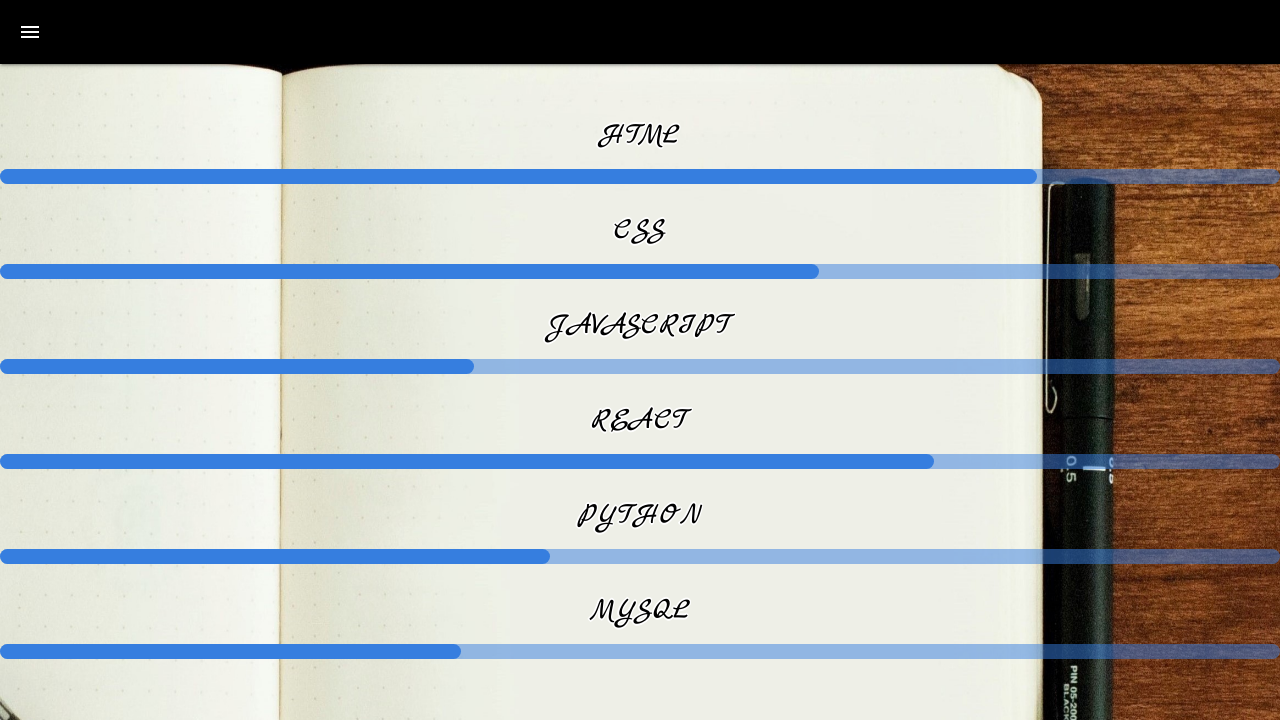
Repository: Ajtheult/portfolio.v3
Page: /skills
These files come from the project's save history. The page is drawn as it stood at one moment and after the next save; the edit follows.
The browser window is 1280 px wide. The pictures show the whole page.
Some web fonts or font styles are not loaded; a fallback is used. The project was rebuilt for these pictures with package versions that can differ from the ones it lists, and the page was loaded fresh each time. Also part of the build but not shown: src/components/layout/pages/Home.js, src/components/layout/pages/MyWork.js, src/components/layout/pages/Testimonials.js.

Above is the page before, as saved 2020-07-19 21:56:17.

### public/index.html
<!DOCTYPE html>
<html lang="en">
  <head>
    <meta charset="utf-8" />
    <link rel="icon" href="%PUBLIC_URL%/favicon.ico" />
    <meta name="viewport" content="width=device-width, initial-scale=1" />
    <meta name="theme-color" content="#000000" />
    <meta
      name="description"
      content="Web site created using create-react-app"
    />

    <link rel="manifest" href="%PUBLIC_URL%/manifest.json" />
    <link
      href="https://fonts.googleapis.com/css2?family=Marck+Script&display=swap"
      rel="stylesheet"
    />
    <link
      href="https://fonts.googleapis.com/css2?family=Gruppo&display=swap"
      rel="stylesheet"
    />
    <link rel="manifest" href="%PUBLIC_URL%/manifest.json" />

    <link
      rel="stylesheet"
      href="https://fonts.googleapis.com/icon?family=Material+Icons"
    />

    <link
      rel="stylesheet"
      href="https://use.fontawesome.com/releases/v5.7.2/css/all.css"
      integrity="sha384-fnmOCqbTlWIlj8LyTjo7mOUStjsKC4pOpQbqyi7RrhN7udi9RwhKkMHpvLbHG9Sr"
      crossorigin="anonymous"
    />
    <title>Asaph Franks portfolio</title>
  </head>
  <body>
    <noscript>You need to enable JavaScript to run this app.</noscript>
    <div id="root"></div>
  </body>
</html>

### src/index.js
import React from "react";
import ReactDOM from "react-dom";
import App from "./App";
import "materialize-css/dist/css/materialize.min.css";

ReactDOM.render(
  <React.StrictMode>
    <App />
  </React.StrictMode>,
  document.getElementById("root")
);

### src/App.js
import React from "react";

import { Home } from "./components/layout/pages/Home";
import { Skills } from "./components/layout/pages/Skills";
import { MyWork } from "./components/layout/pages/MyWork";
import { Testimonials } from "./components/layout/pages/Testimonials";
import Navbar from "./components/layout/navbar/Navbar";

import { BrowserRouter as Router, Route, Switch } from "react-router-dom";
import "./App.css";

function App() {
  return (
    <Router>
      <div className="App">
        <Navbar />

        <Switch>
          <Route exact path="/portfolio-v3" component={Home} />
          <Route path="/skills" component={Skills} />
          <Route path="/mywork" component={MyWork} />
          <Route path="/testimonials" component={Testimonials} />
        </Switch>
      </div>
    </Router>
  );
}

export default App;

### src/components/layout/pages/Skills.js
import React from "react";
import "../../../App.css";
import background4 from "../resources/background4.jpg";

export const Skills = () => {
  return (
    <div>
      <div className="bg-color">
        <img src={background4} className="bg" alt="bg" />
      </div>
      <div class="container_width">
        <ul>
          <li className="html skills_li skills_text">HTML</li>
          <li className="css skills_li skills_text">CSS</li>
          <li className="js skills_li skills_text">JavaScript</li>
          <li className="react skills_li skills_text">React</li>
          <li className="py skills_li skills_text">Python</li>
          <li className="sql skills_li skills_text">mySQL</li>
        </ul>
      </div>
    </div>
  );
};

### src/components/layout/navbar/Navbar.js
/* eslint-disable no-unused-vars */
import React, { Component } from "react";
import M from "materialize-css/dist/js/materialize.min.js";
import me from "./me.jpg";
import music from "./music.jpg";
import "../../../App.css";
import { Link } from "react-router-dom";

export class Navbar extends Component {
  componentDidMount() {
    document.addEventListener("DOMContentLoaded", function () {
      var elems = document.querySelectorAll(".sidenav");
      var instances = M.Sidenav.init(elems, {});
    });
  }

  render() {
    return (
      <div>
        <nav>
          <div className="nav-wrapper colour">
            <a
              href="#home"
              data-target="slide-out"
              className="sidenav-trigger show-on-large"
            >
              <i className="material-icons">menu</i>
            </a>
          </div>
        </nav>

        <ul id="slide-out" className="sidenav">
          <li>
            <div className="user-view">
              <div className="background">
                <img className="background_img" src={music} alt="img" />
              </div>

              <img className="circle" src={me} alt="img of me" />

              <span className="black-text name move_me">Asaph Franks</span>

              <span className="black-text email  move_me">
                Asaphfranksboi@gmail.com
              </span>
            </div>
            {/* Change font so that the name can be better read */}
          </li>
          <Link to="/portfolio-v3">
            <br />
            <li className="colour_of_nav">Home</li>
          </Link>{" "}
          <br />
          <Link to="/skills">
            <li className="colour_of_nav">Skills</li>
          </Link>
          <br />
          <Link to="/mywork">
            <li className="colour_of_nav">Work</li>
          </Link>
          <br />
          <Link to="/testimonials">
            <li className="colour_of_nav">Testimonials</li>
          </Link>
        </ul>
      </div>
    );
  }
}

export default Navbar;

### src/App.css
.App {
  text-align: center;
}

body {
  background-color: black;
  color: white;
}
.background_img {
  width: 100%;
  height: 100%;
}

.move_me {
  text-align: left;
}

.colour {
  background-color: black;
}

img.bg {
  /* Set rules to fill background */
  min-height: 100%;
  min-width: 1024px;

  /* Set up proportionate scaling */
  width: 100%;
  height: auto;

  /* Set up positioning */
  position: fixed;
  top: 0;
  left: 0;
  z-index: -1;
}

div.admin-bg {
  /* Set up positioning */
  position: fixed;
  top: 0;
  left: 0;
  z-index: -1;
  background-color: black;
}

@media screen and (max-width: 1024px) {
  /* Specific to this particular image */
  img.bg {
    left: 50%;
    margin-left: -512px; /* 50% */
  }
}

.intro_name_top {
  font-family: "Marck Script", cursive;
  font-size: 130px;
  color: black;
  text-shadow: 2px 0 0 #fff, -2px 0 0 #fff, 0 2px 0 #fff, 0 -2px 0 #fff,
    1px 1px #fff, -1px -1px 0 #fff, 1px -1px 0 #fff, -1px 1px 0 #fff;
}
.testimonial_title {
  font-family: "Marck Script", cursive;
  color: black;
  font-size: 80px;
  text-shadow: 2px 0 0 #fff, -2px 0 0 #fff, 0 2px 0 #fff, 0 -2px 0 #fff,
    1px 1px #fff, -1px -1px 0 #fff, 1px -1px 0 #fff, -1px 1px 0 #fff;
}

.intro_name_bottom {
  font-size: 60px;
  color: #000000;
  font-weight: bold;
  text-shadow: 2px 0 0 #fff, -2px 0 0 #fff, 0 2px 0 #fff, 0 -2px 0 #fff,
    1px 1px #fff, -1px -1px 0 #fff, 1px -1px 0 #fff, -1px 1px 0 #fff;
  font-family: "Gruppo", cursive;
}

.logos {
  text-align: left;
  font-size: 30px;
}

.contact-title {
  margin-top: -5px;
  font-family: "Marck Script", cursive;
  font-size: 90px;
  color: black;
  text-shadow: 2px 0 0 #fff, -2px 0 0 #fff, 0 2px 0 #fff, 0 -2px 0 #fff,
    1px 1px #fff, -1px -1px 0 #fff, 1px -1px 0 #fff, -1px 1px 0 #fff;
}

.about-title {
  margin-top: 1px;
  font-family: "Marck Script", cursive;
  font-size: 80px;
  color: black;
  text-shadow: 2px 0 0 #fff, -2px 0 0 #fff, 0 2px 0 #fff, 0 -2px 0 #fff,
    1px 1px #fff, -1px -1px 0 #fff, 1px -1px 0 #fff, -1px 1px 0 #fff;
}

.student_bio {
  margin-top: 2%;
  font-size: 23px;
}

.big_frontend {
  font-size: 40px;
  font-family: "Gruppo", cursive;
}

.move_the_name {
  margin-top: -12px;
  font-size: 20px;
  font-weight: bold;
}

.enlarge_paragraph {
  font-size: 22px;
  font-family: "Times New Roman", Times, serif;
}

.my_info {
  font-size: 30px;
  text-align: left;
  font-family: "Gruppo", cursive;
}

.my_info_2 {
  font-size: 20px;
  text-align: left;
  line-height: 8px;
  font-family: "Times New Roman", Times, serif;
}

.my_info_3 {
  font-size: 25px;
  text-align: left;
  line-height: 8px;
  font-family: "Times New Roman", Times, serif;
}

.black_text {
  color: black;
}

.passion_heading {
  text-align: center;
  font-family: "Marck Script", cursive;
  font-size: 45px;
}

.passion_content {
  font-family: "Gruppo", cursive;
  font-weight: bold;
  line-height: 25px;
}

.margin_on_top {
  margin-top: 1px;
  font-size: 20px;
  font-family: "Marck Script", cursive;
  font-weight: bold;
}

.my_work_desc {
  font-size: 20px;
  font-family: "Times New Roman", Times, serif;
}

.my_work_title {
  font-family: "Gruppo", cursive;
  color: black;
  font-size: 30px;
  text-shadow: 2px 0 0 rgb(0, 0, 0), -2px 0 0 rgb(0, 0, 0), 0 2px 0 #fff,
    0 -2px 0 #fff, 1px 1px #fff, -1px -1px 0 #fff, 1px -1px 0 #fff,
    -1px 1px 0 #fff;
}

.link-size {
  font-size: 40px;
  margin-top: -40px;
  padding: 1%;
  text-align: left;
  margin-left: 60px;
  font-family: "Gruppo", cursive;
  color: blue;
}

.button_margin {
  margin-top: 5px;
}

.work_title {
  font-family: "Marck Script", cursive;
  color: black;
  font-size: 50px;
  text-shadow: 2px 0 0 #fff, -2px 0 0 #fff, 0 2px 0 #fff, 0 -2px 0 #fff,
    1px 1px #fff, -1px -1px 0 #fff, 1px -1px 0 #fff, -1px 1px 0 #fff;
}

.colour_of_nav {
  color: black;
  margin-top: -30px;
}

.style_for_landingpage {
  margin-left: 15.5%;
  margin-top: 6%;
  position: absolute;
  padding: 50px;
  width: 70%;
  transform: "translate(-50%, -50%)";
}

.skills_li {
  position: relative;
  list-style: none;
  margin: 50px 0;
  font-weight: 500;
  text-transform: uppercase;
}

.skills_li:before {
  content: "";
  position: absolute;
  top: calc(100% + 10px);
  left: 0;
  width: 100%;
  height: 15px;
  background-color: rgba(54, 126, 223, 0.5);
  border-radius: 1000px;
}

.skills_li:after {
  content: "";
  position: absolute;
  top: calc(100% + 10px);
  left: 0;
  width: 0;
  height: 15px;
  background-color: rgba(54, 126, 223, 1);
  border-radius: 1000px;
  animation-duration: 0.7s;
  animation-timing-function: ease;
  animation-fill-mode: forwards;
}

.html:after {
  animation-name: html;
}

@keyframes html {
  to {
    width: 81%;
  }
}

.css:after {
  animation-name: css;
}

@keyframes css {
  to {
    width: 64%;
  }
}

.js:after {
  animation-name: js;
}

@keyframes js {
  to {
    width: 37%;
  }
}

.py:after {
  animation-name: py;
}

@keyframes py {
  to {
    width: 43%;
  }
}

.sql:after {
  animation-name: sql;
}

@keyframes sql {
  to {
    width: 36%;
  }
}

.react:after {
  animation-name: react;
}

@keyframes react {
  to {
    width: 73%;
  }
}

.skills_text {
  font-family: "Marck Script", cursive;
  color: black;
  font-size: 30px;
  text-shadow: 1px 0 0 #fff, -2px 0 0 #fff, 0 2px 0 #fff, 0 -2px 0 #fff,
    1px 1px #fff, -1px -1px 0 #fff, 1px -1px 0 #fff, -1px 1px 0 #fff;
}

.the_width {
  width: 300px;
}

After the next save:
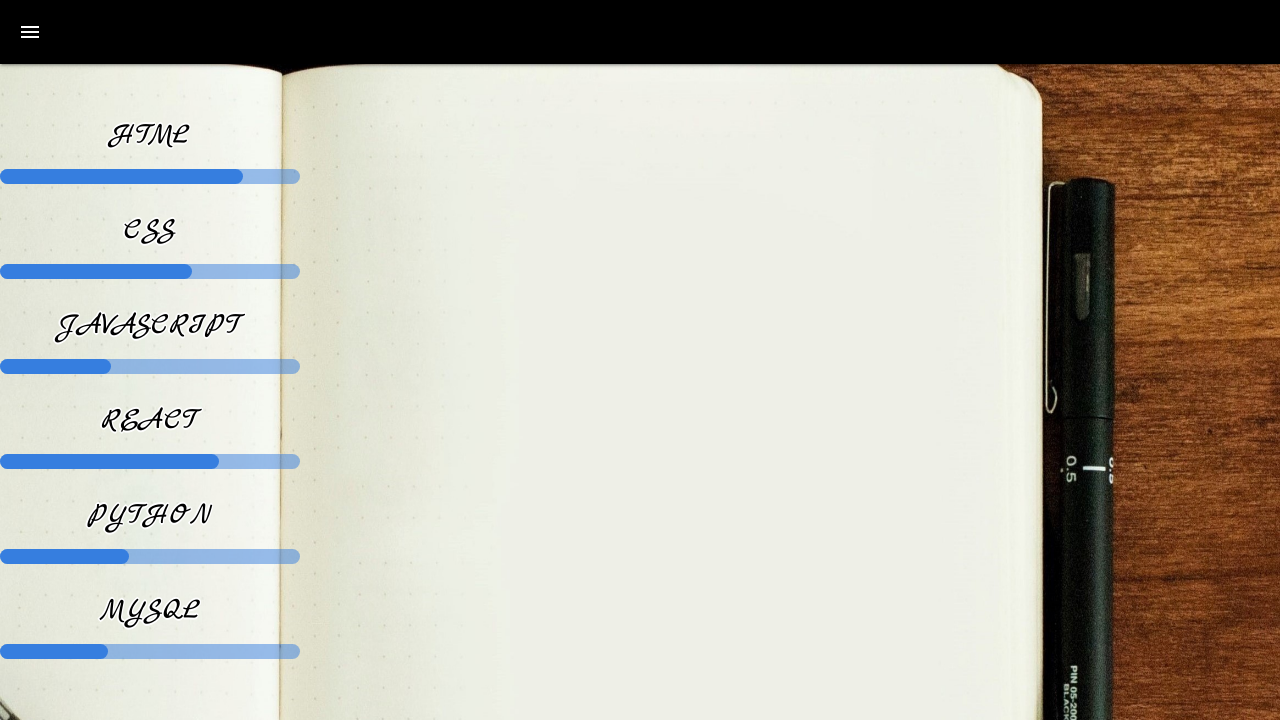
Saved 14 s later.
--- a/src/App.css
+++ b/src/App.css
@@ -314,6 +314,6 @@ div.admin-bg {
     1px 1px #fff, -1px -1px 0 #fff, 1px -1px 0 #fff, -1px 1px 0 #fff;
 }
 
-.the_width {
+.container_width {
   width: 300px;
 }
